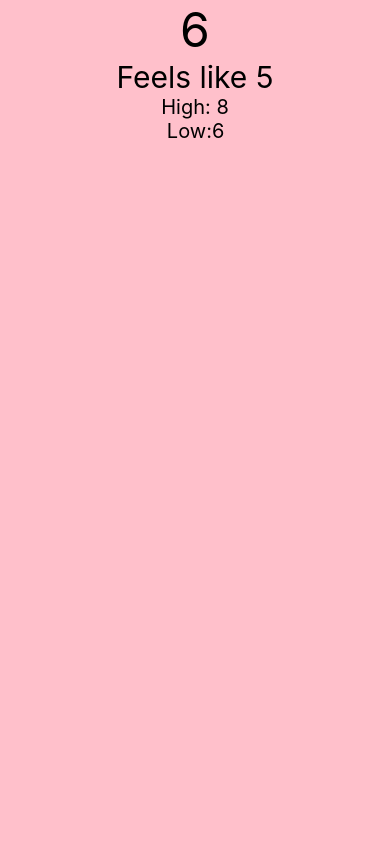
Repository: braduku28/react-weather-app
Screen: / (app in WeatherApp/)
The author's editor kept a copy of each file at every save. The screen is drawn from the files as they stood at one save, then again after the next save.
The app was drawn by React Native's web renderer in a window 390 px wide. The project was rebuilt for these pictures with package versions that can differ from the ones it lists, and the page was loaded fresh each time.

Above is the screen before, as saved 2023-10-10 14:37:55.

After the next save:
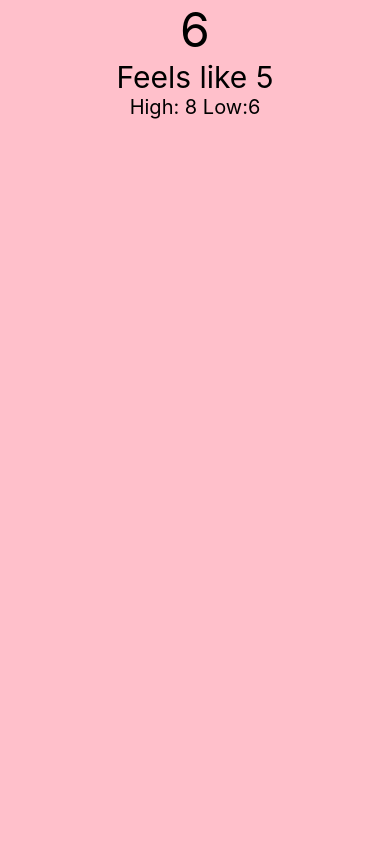
Saved 23 s later.
--- a/WeatherApp/App.tsx
+++ b/WeatherApp/App.tsx
@@ -36,6 +36,9 @@ const styles=StyleSheet.create({
   highLow:{
     color:"black",
     fontSize:20
+  },
+  highLowWrapper:{
+flexDirection:"row"
   }
 });
 
